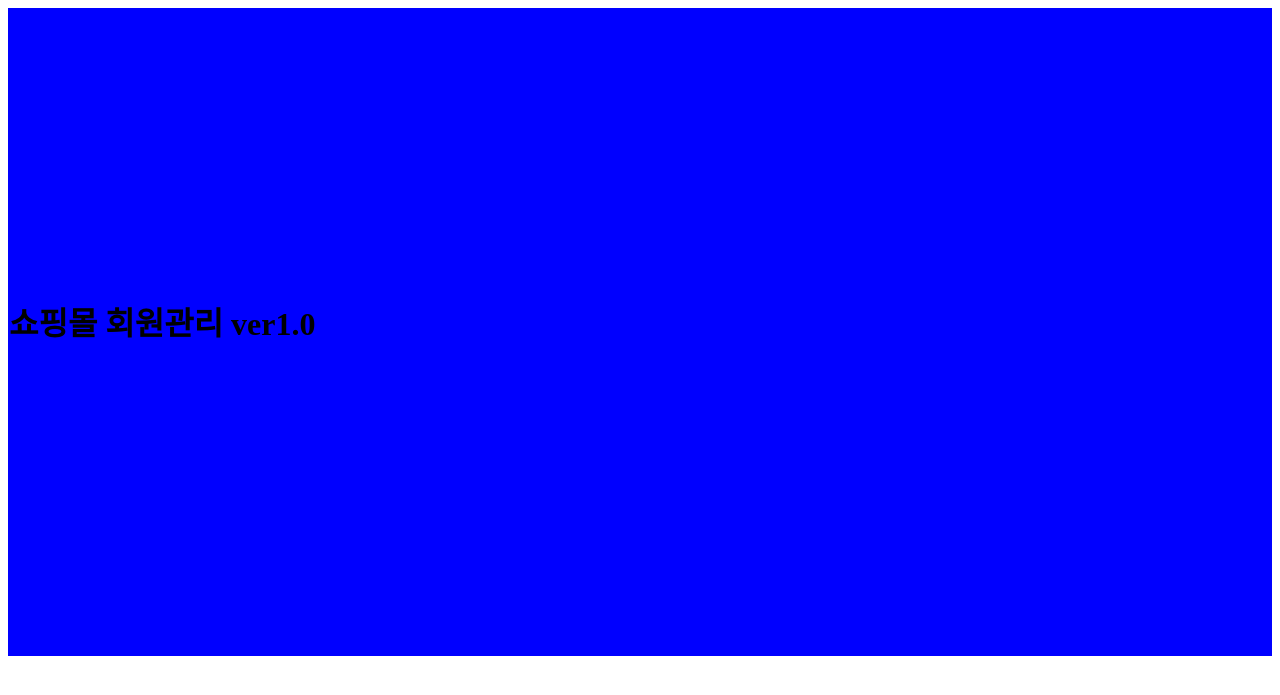
Repository: choigobin/Programming
Page: http://localhost/HRD_1119/
The author's editor kept a copy of each file at every save. The page is drawn from the files as they stood at one save, then again after the next save.
The browser window is 1280 px wide. The pictures show the whole page.
The page is served by Tomcat 9.

Above is the page before, as saved 2019-11-19 06:37:32.

After the next save:
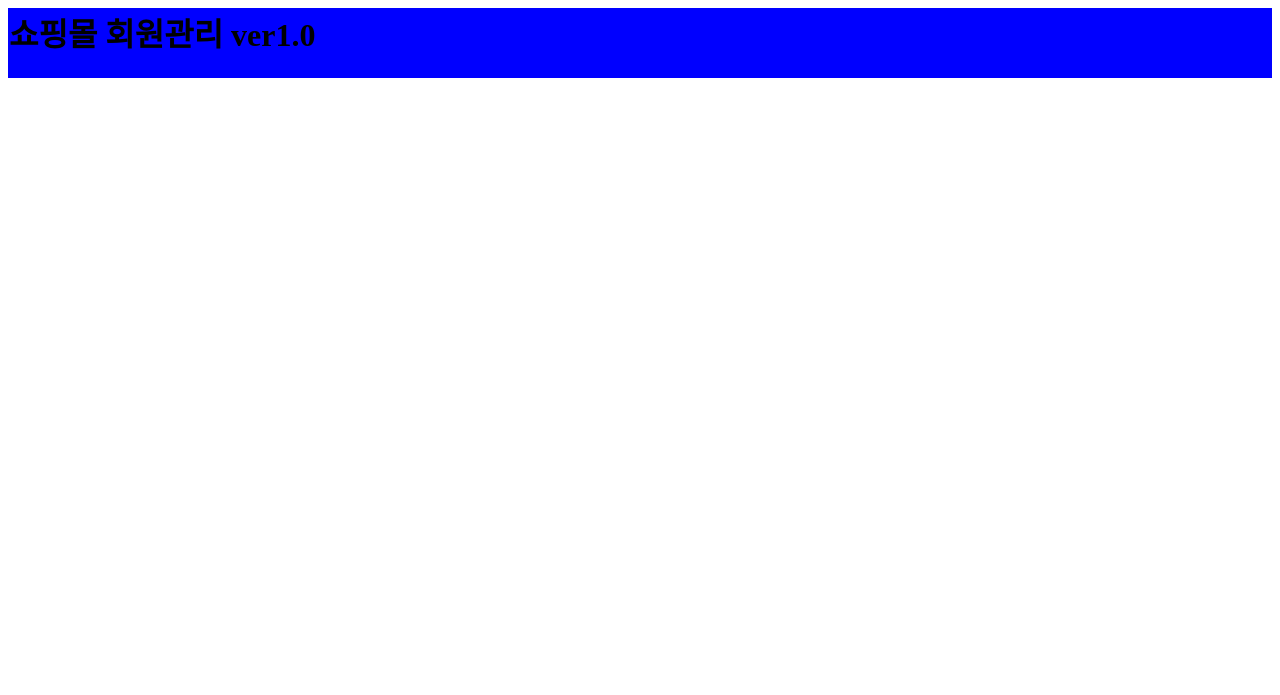
Saved 62 s later.
--- a/YangJung/workspace/HRD_1119/WebContent/index.jsp
+++ b/YangJung/workspace/HRD_1119/WebContent/index.jsp
@@ -24,12 +24,12 @@ tr,td,th{
 </head>
 <body>
 <table id="tb1">
-<tr id="t1">
+<tr id="t1" height="10%">
 	<td id="t1" bgcolor="blue" style="font-color:white;"><%-- header --%>
 		<h1>쇼핑몰 회원관리 ver1.0</h1>
 	</td>
 </tr>
-<tr id="t1">
+<tr id="t1" height="5%">
 	<td id="t1"><%-- nav --%>
 
 	</td>
@@ -39,7 +39,7 @@ tr,td,th{
 
 	</td>
 </tr>
-<tr id="t1">
+<tr id="t1" height="5%">
 	<td id="t1"><%-- footer --%>
 
 	</td>
